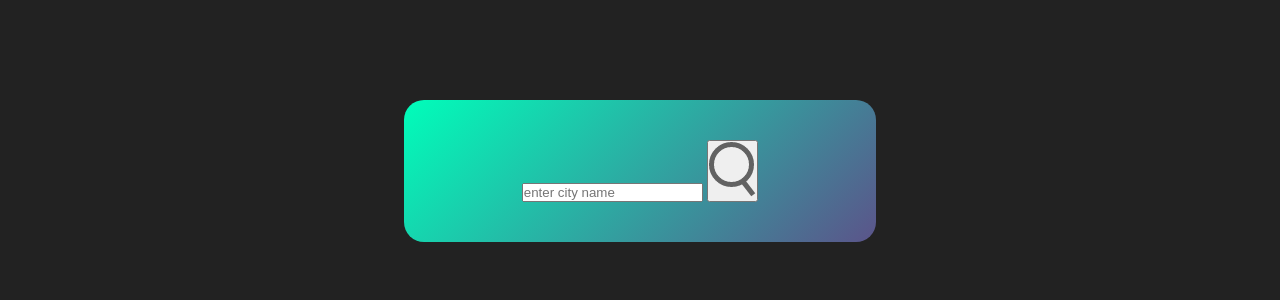
Repository: Rohit-foryou/Weather-app
Page: Weather App/Weather.html
An editor plug-in stored every save of this project. The page is shown before and after the next save, followed by the edit.
The browser window is 1280 px wide. The pictures show the whole page.

Above is the page before, as saved 2023-12-13 14:12:12.

After the next save:
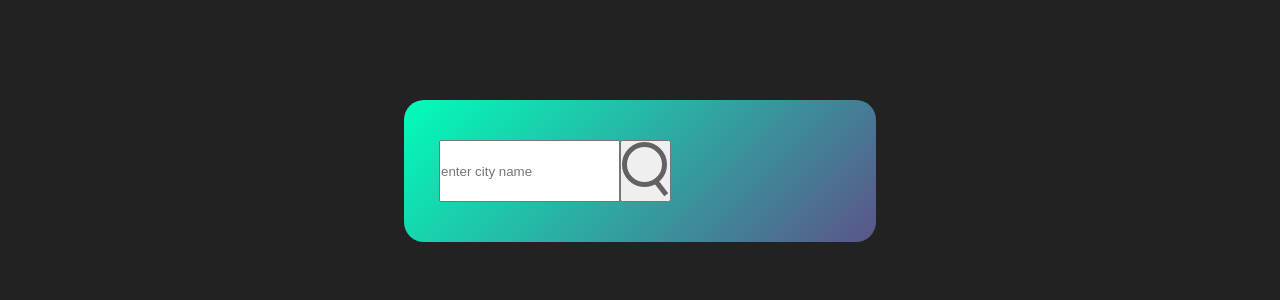
Saved 41 s later.
--- a/Weather App/Weather.css
+++ b/Weather App/Weather.css
@@ -19,3 +19,8 @@ body{
     padding: 40px 35px;
     text-align: center;
 }
+
+.search{
+    width: 100%;
+    display: flex;
+}

After the save that followed:
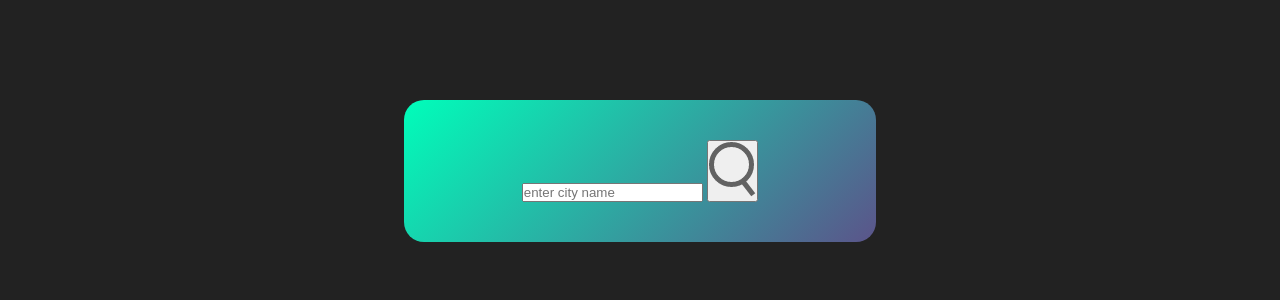
Saved 8 s later.
--- a/Weather App/Weather.css
+++ b/Weather App/Weather.css
@@ -22,5 +22,5 @@ body{
 
 .search{
     width: 100%;
-    display: flex;
+    /* display: flex; */
 }
